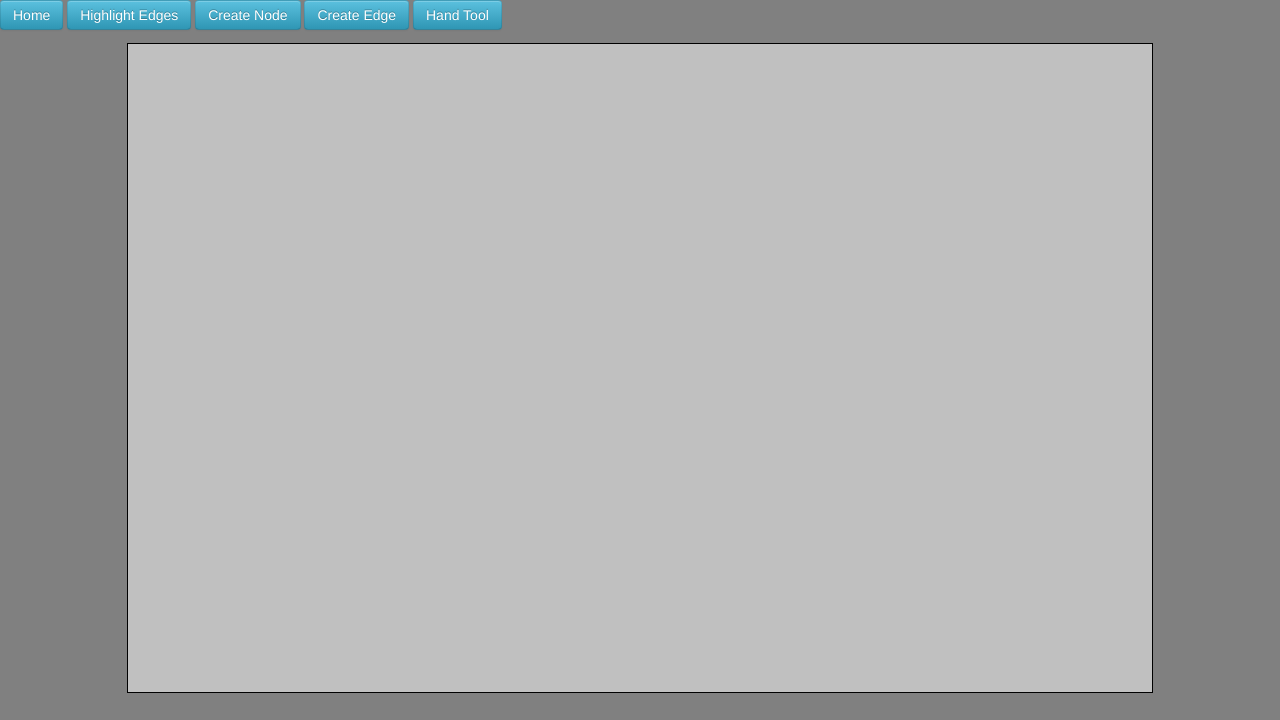
Repository: OrionDevelopers/projectwall
Page: graphSubjectPrototype2(usingKintetic)/graphSubjectPrototype2/graphSubject.html
An editor plug-in stored every save of this project. The page is shown before and after the next save, followed by the edit.
The browser window is 1280 px wide. The pictures show the whole page.

Above is the page before, as saved 2013-04-18 08:49:51.
Console error: ReferenceError: onBodyLoad is not defined

### graphSubjectPrototype2(usingKintetic)/graphSubjectPrototype2/graphSubject.html
<!DOCTYPE html>
<html>
	<head>
		<title>Generic Graph Subject Model</title>
		<link href="css/bootstrap.css" rel='stylesheet'/>
		<link href="css/graphSubject.css" rel="stylesheet"/>
		<script src="js/kinetic-v4.4.1.js" type="text/javascript"></script>
		<script src="js/graphSubject.js" type="text/javascript"></script>
	</head>
	<body onload="onBodyLoad();">
		<!-- <p id="debugHelper"></p>-->

		<div id='menuBar'>
			<a href='../../index.php'><div id='homeButton' class='btn btn-info menuButton'>Home</div></a>
			<div id='highlightEdges' class='btn btn-info menuButton' onclick='highlightEdges();'>Highlight Edges</div>
			<!-- <button id='directedGraph' onclick='selectDirectedGraph()'>Directed Graph</button>
			<button id='undirectedGraph' onclick='selectUndirectedGraph()'>Undirected Graph</button> -->
			<div id='createNodes' class='btn btn-info menuButton' onclick='createNodeButtonClicked();'>Create Node</div>
			<div id='createEdges' class='btn btn-info menuButton' onclick='createEdgeButtonClicked();'>Create Edge</div>
			<div id='handTool' class='btn btn-info menuButton' onclick='handToolButtonClicked();'>Hand Tool</div>
		</div>
		<div id='container'></div>
	</body>
</html>

### graphSubjectPrototype2(usingKintetic)/graphSubjectPrototype2/css/graphSubject.css
*{
	margin:0px;
	padding:0px;
}
body,html{
	width:100%;
	height:100%;
	background-color: gray;

}
#container{
	width:80%;
	height:90%;
	margin-top:1%;
	margin-left:auto;
	margin-right:auto;
	border:1px solid black;
	background-color: silver;
}

Loaded but not shown: graphSubjectPrototype2(usingKintetic)/graphSubjectPrototype2/css/bootstrap.css (library); graphSubjectPrototype2(usingKintetic)/graphSubjectPrototype2/js/kinetic-v4.4.1.js (library); graphSubjectPrototype2(usingKintetic)/graphSubjectPrototype2/js/graphSubject.js (no copy from this time; the picture is the same without it)

After the next save:
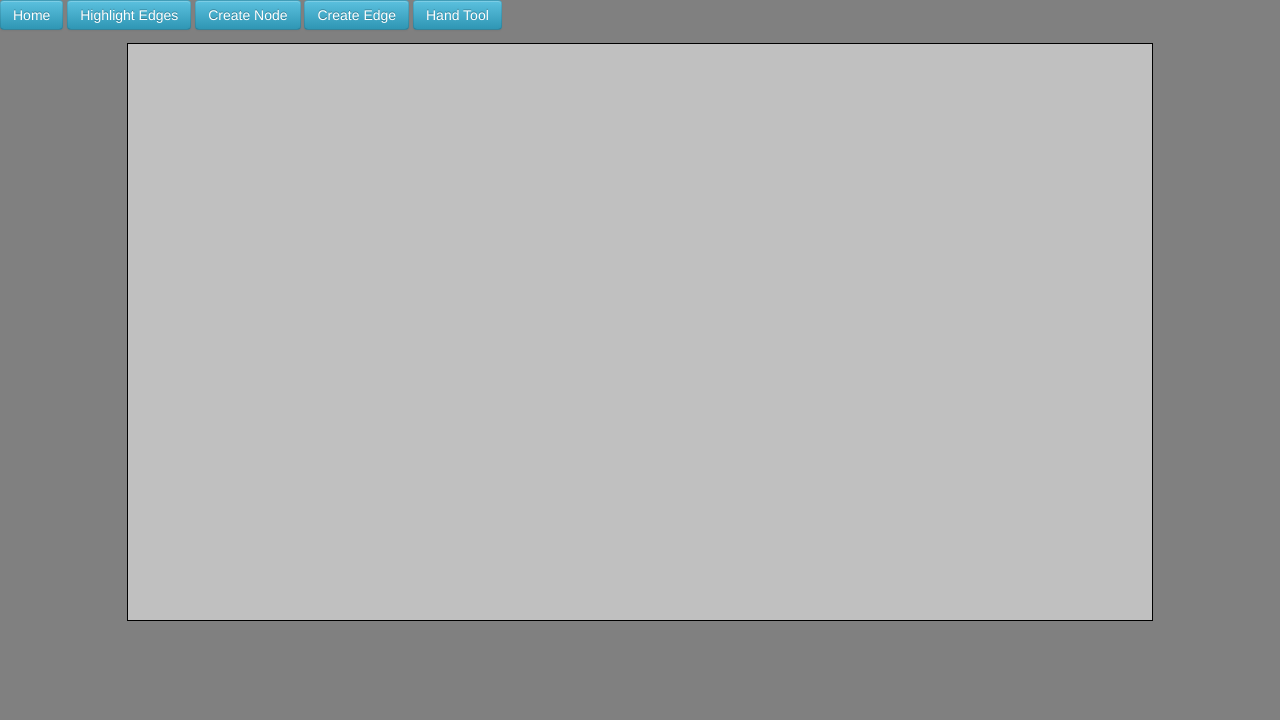
Saved 9 s later.
--- a/graphSubjectPrototype2(usingKintetic)/graphSubjectPrototype2/css/graphSubject.css
+++ b/graphSubjectPrototype2(usingKintetic)/graphSubjectPrototype2/css/graphSubject.css
@@ -10,7 +10,7 @@
 }
 #container{
 	width:80%;
-	height:90%;
+	height:80%;
 	margin-top:1%;
 	margin-left:auto;
 	margin-right:auto;

After the save that followed:
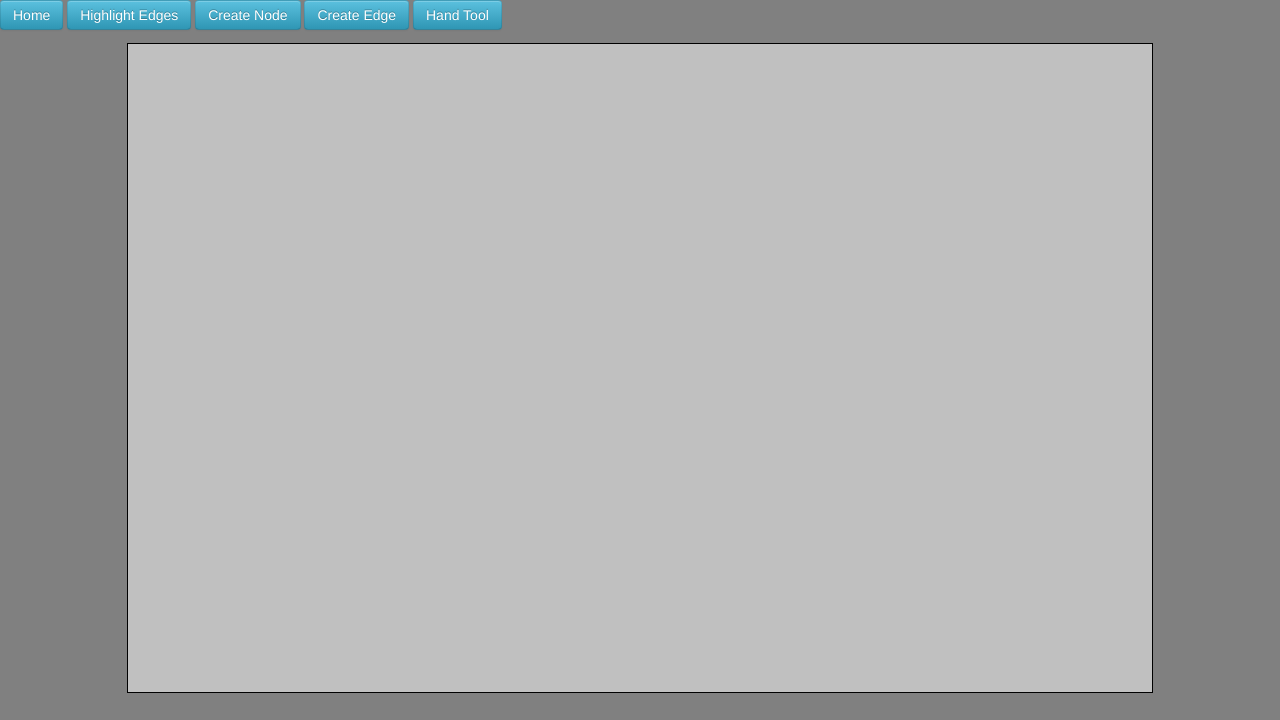
Saved 11 s later.
--- a/graphSubjectPrototype2(usingKintetic)/graphSubjectPrototype2/css/graphSubject.css
+++ b/graphSubjectPrototype2(usingKintetic)/graphSubjectPrototype2/css/graphSubject.css
@@ -10,7 +10,7 @@
 }
 #container{
 	width:80%;
-	height:80%;
+	height:90%;
 	margin-top:1%;
 	margin-left:auto;
 	margin-right:auto;
